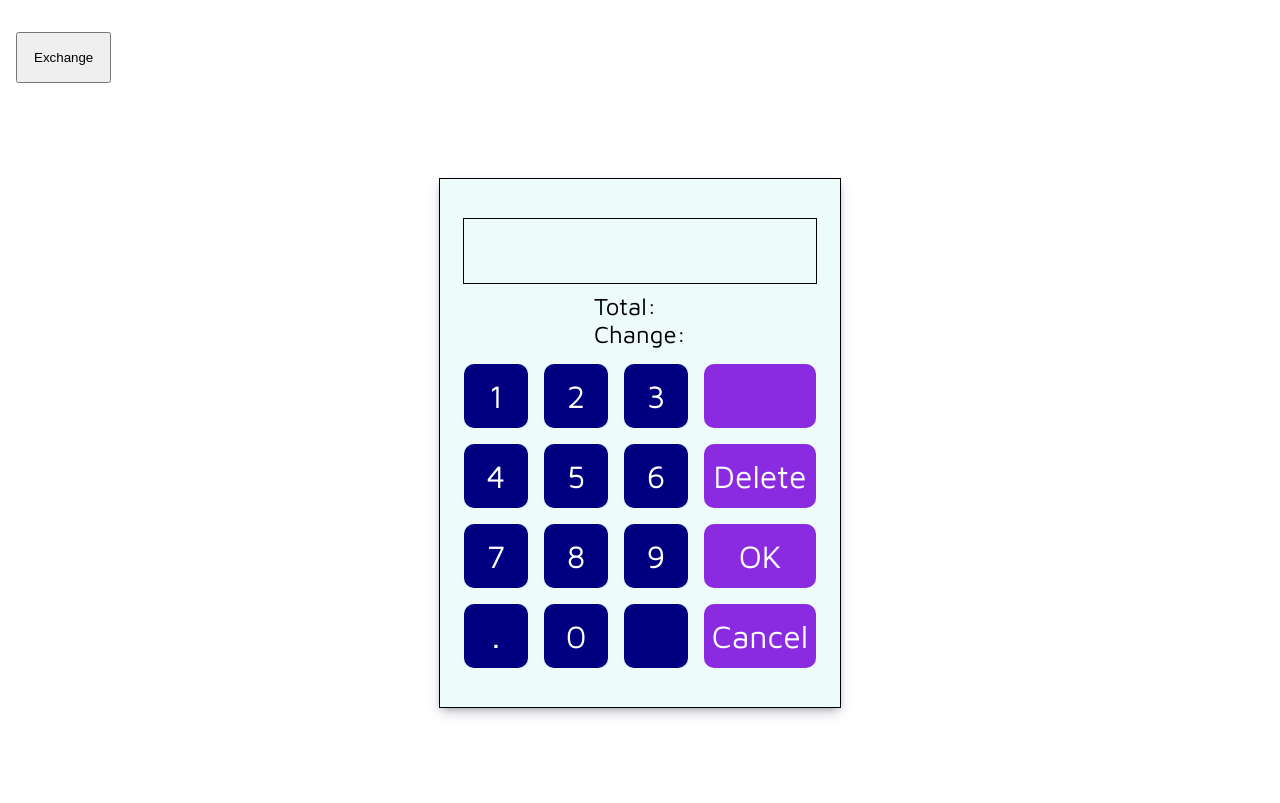
Repository: Dapravith/Midterm-SE-GIC-Cafe-Project-Group16
Page: src/main/resources/templates/changeCalculate.html
These files come from the project's save history. The page is drawn as it stood at one moment and after the next save; the edit follows.
The browser window is 1280 px wide. The pictures show the whole page.

Above is the page before, as saved 2023-05-12 16:51:03.
Console error: TypeError: Cannot read properties of null (reading 'addEventListener')

After the next save:
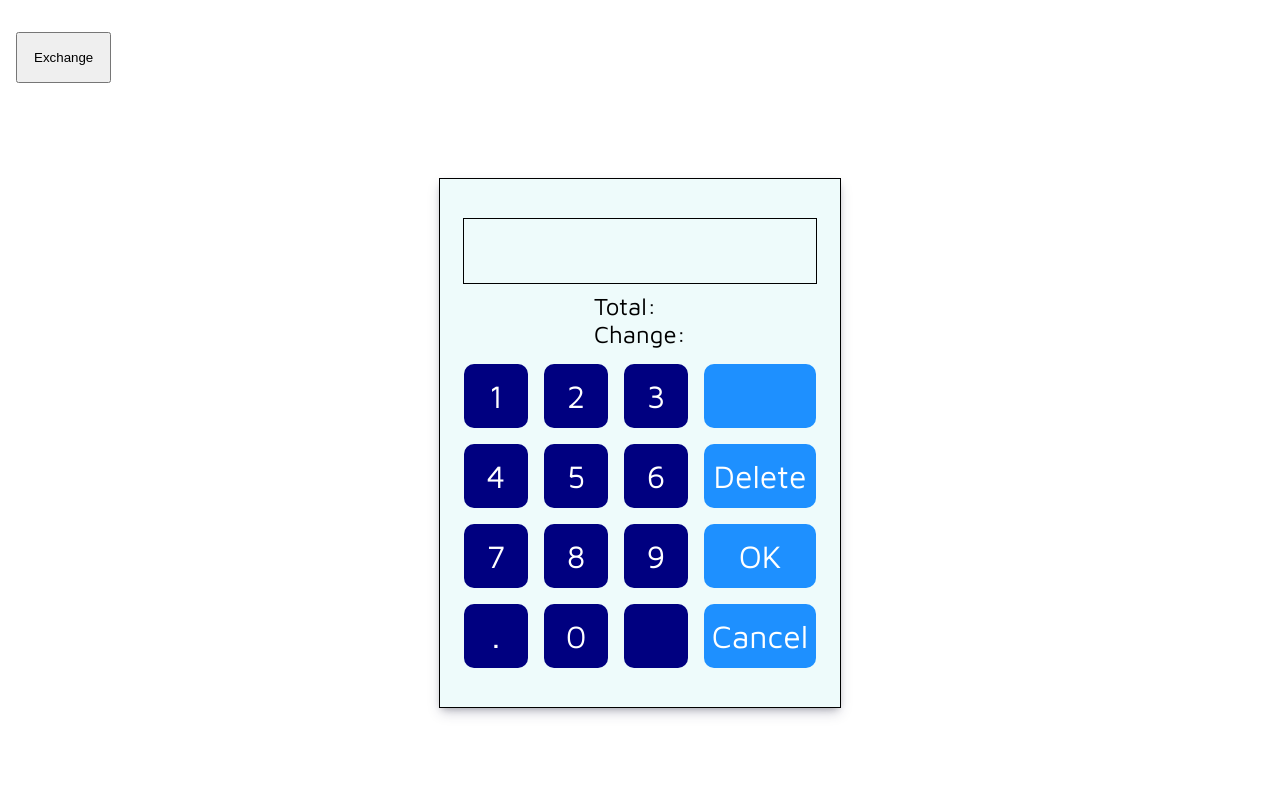
Saved 2 min 14 s later.
--- a/src/main/resources/templates/changeCalculate.html
+++ b/src/main/resources/templates/changeCalculate.html
@@ -68,7 +68,7 @@
         border-radius: 10px;
       }
       .box_cancel {
-        background-color: blueviolet;
+        background-color: rgb(30, 144, 255);
         width: 7rem;
         height: 4rem;
         font-size: 2rem;
@@ -82,7 +82,7 @@
         color: white;
       }
       .box_ok {
-        background-color: blueviolet;
+        background-color: rgb(30, 144, 255);
         width: 7rem;
         height: 4rem;
         font-size: 2rem;
@@ -96,7 +96,7 @@
         color: white;
       }
       .box_ {
-        background-color: blueviolet;
+        background-color: rgb(30, 144, 255);
         width: 7rem;
         height: 4rem;
         font-size: 2rem;
@@ -106,7 +106,7 @@
         border-radius: 10px;
       }
       .box_delete {
-        background-color: blueviolet;
+        background-color: rgb(30, 144, 255);
         width: 7rem;
         height: 4rem;
         font-size: 2rem;
